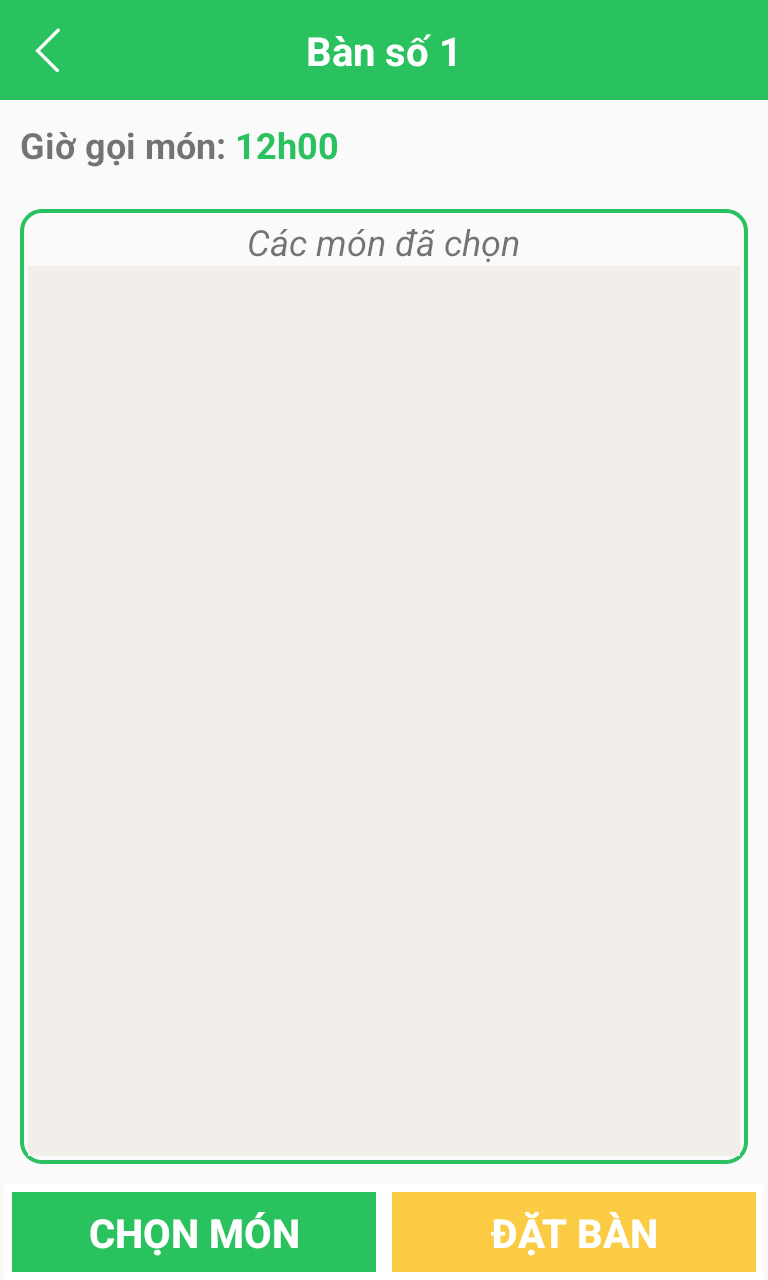
Repository: yenthanh132/Intelresment_AndroidClientApp
Layout: Intelresment/res/layout/activity_order.xml
These files come from the project's save history. The layout is drawn as it stood at one moment and after the next save; the edit follows.
It is drawn on a 768 x 1280 px phone screen (xhdpi) without system bars, with theme AppTheme; the app's code is not run. Lists and similar views that code fills are empty.

Above is the layout before, as saved 2014-12-27 07:09:26.

### Intelresment/res/layout/activity_order.xml
<?xml version="1.0" encoding="utf-8"?>
<RelativeLayout xmlns:android="http://schemas.android.com/apk/res/android"
    android:layout_width="match_parent"
    android:layout_height="match_parent" >

    <RelativeLayout
        android:id="@+id/header"
        android:layout_width="match_parent"
        android:layout_height="wrap_content"
        android:background="#2AC25F"
        android:padding="10dp" >

        <ImageButton
            android:id="@+id/btnBack"
            android:layout_width="30dp"
            android:layout_height="30dp"
            android:background="@drawable/transparent_button"
            android:scaleType="fitXY"
            android:src="@drawable/back" />

        <TextView
            android:id="@+id/tvTableName"
            android:layout_width="wrap_content"
            android:layout_height="wrap_content"
            android:layout_centerInParent="true"
            android:text="Bàn số 1"
            android:textColor="#fff"
            android:textSize="20sp"
            android:textStyle="bold" />
    </RelativeLayout>

    <RelativeLayout
        android:id="@+id/panelDetail"
        android:layout_width="match_parent"
        android:layout_height="wrap_content"
        android:layout_above="@+id/panelButton"
        android:layout_below="@+id/header"
        android:padding="10dp" >

        <TextView
            android:id="@+id/tvLabel1"
            android:layout_width="wrap_content"
            android:layout_height="wrap_content"
            android:text="Giờ gọi món: "
            android:textSize="18sp"
            android:textStyle="bold" />

        <TextView
            android:id="@+id/tvOrderDate"
            android:layout_width="wrap_content"
            android:layout_height="wrap_content"
            android:layout_toRightOf="@+id/tvLabel1"
            android:text="12h00"
            android:textColor="#2AC25F"
            android:textSize="18sp"
            android:textStyle="bold" />

        <RelativeLayout
            android:id="@+id/panelOrderedFood"
            android:layout_width="match_parent"
            android:layout_height="wrap_content"
            android:layout_below="@+id/tvOrderDate"
            android:layout_marginTop="20dp"
            android:background="@drawable/oval_rectangle"
            android:padding="4dp" >

            <TextView
                android:id="@+id/tvLabel2"
                android:layout_width="wrap_content"
                android:layout_height="wrap_content"
                android:layout_centerHorizontal="true"
                android:text="Các món đã chọn"
                android:textSize="18sp"
                android:textStyle="italic" />

            <GridView
                android:id="@+id/gvOrderedFood"
                android:layout_width="match_parent"
                android:layout_height="match_parent"
                android:layout_below="@+id/tvLabel2"
                android:background="#F2EEE9" >
            </GridView>
        </RelativeLayout>
    </RelativeLayout>

    <LinearLayout
        android:id="@+id/panelButton"
        android:layout_width="match_parent"
        android:layout_height="wrap_content"
        android:layout_alignParentBottom="true"
        android:paddingLeft="2dp"
        android:paddingRight="2dp"
        android:weightSum="2" >

        <Button
            android:id="@+id/btnChooseFood"
            android:layout_width="match_parent"
            android:layout_height="wrap_content"
            android:layout_weight="1"
            android:background="@drawable/green_button"
            android:padding="10dp"
            android:text="Chọn món"
            android:textColor="#fff"
            android:textSize="20sp"
            android:textStyle="bold" />

        <Button
            android:id="@+id/btnOrder"
            android:layout_width="match_parent"
            android:layout_height="wrap_content"
            android:layout_weight="1"
            android:background="@drawable/orange_button"
            android:padding="10dp"
            android:text="Đặt bàn"
            android:textColor="#fff"
            android:textSize="20sp"
            android:textStyle="bold" />
    </LinearLayout>

</RelativeLayout>

### Intelresment/res/drawable/transparent_button.xml
<?xml version="1.0" encoding="utf-8"?>
<selector xmlns:android="http://schemas.android.com/apk/res/android">

    <item android:state_pressed="true"><shape>
            <solid android:color="#0E9174" />
        </shape></item>
    <item><shape>
            <solid android:color="#00000000" />
        </shape></item>

</selector>

### Intelresment/res/drawable/oval_rectangle.xml
<?xml version="1.0" encoding="utf-8"?>
<shape xmlns:android="http://schemas.android.com/apk/res/android" >

    <corners android:radius="10dp" />

    <stroke
        android:width="2dp"
        android:color="#2AC25F" />

</shape>

### Intelresment/res/drawable/green_button.xml
<?xml version="1.0" encoding="utf-8"?>
<selector xmlns:android="http://schemas.android.com/apk/res/android">

    <item android:state_pressed="true"><shape>
            <solid android:color="#0E9174" />

            <stroke android:width="4dp" android:color="#fff" />

            <padding android:bottom="10dp" android:left="10dp" android:right="10dp" android:top="10dp" />
        </shape></item>
    <item><shape>
            <solid android:color="#2AC25F" />

            <stroke android:width="4dp" android:color="#fff" />


        </shape></item>

</selector>

### Intelresment/res/drawable/orange_button.xml
<?xml version="1.0" encoding="utf-8"?>
<selector xmlns:android="http://schemas.android.com/apk/res/android">

    <item android:state_pressed="true"><shape>
            <solid android:color="#0E9174" />

            <stroke android:width="4dp" android:color="#fff" />

            <padding android:bottom="10dp" android:left="10dp" android:right="10dp" android:top="10dp" />
        </shape></item>
    <item><shape>
            <solid android:color="#FBCB43" />

            <stroke android:width="4dp" android:color="#fff" />


        </shape></item>

</selector>

Loaded but not shown: Intelresment/res/values/styles.xml (common file); Intelresment/res/values-v11/styles.xml (common file); Intelresment/res/values-v14/styles.xml (common file)

After the next save:
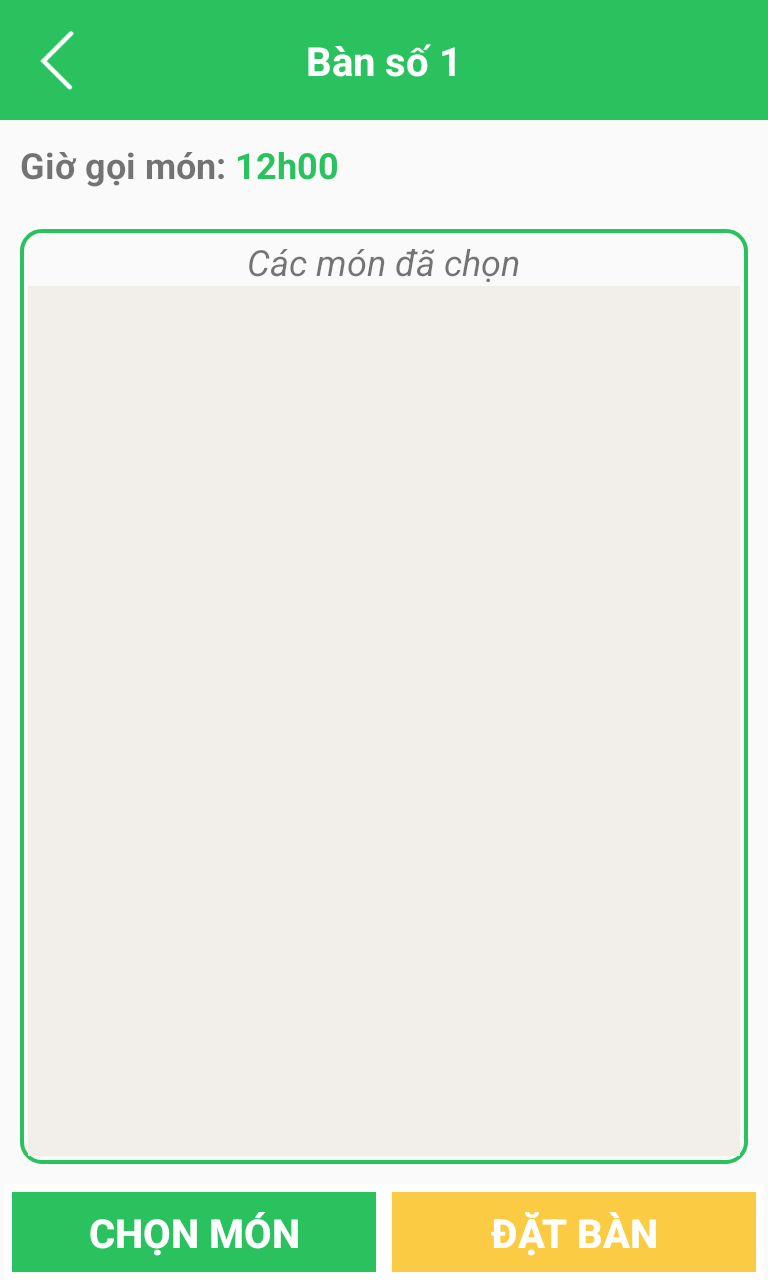
Saved 3 min 47 s later.
--- a/Intelresment/res/layout/activity_order.xml
+++ b/Intelresment/res/layout/activity_order.xml
@@ -12,8 +12,8 @@
 
         <ImageButton
             android:id="@+id/btnBack"
-            android:layout_width="30dp"
-            android:layout_height="30dp"
+            android:layout_width="40dp"
+            android:layout_height="40dp"
             android:background="@drawable/transparent_button"
             android:scaleType="fitXY"
             android:src="@drawable/back" />

After the save that followed:
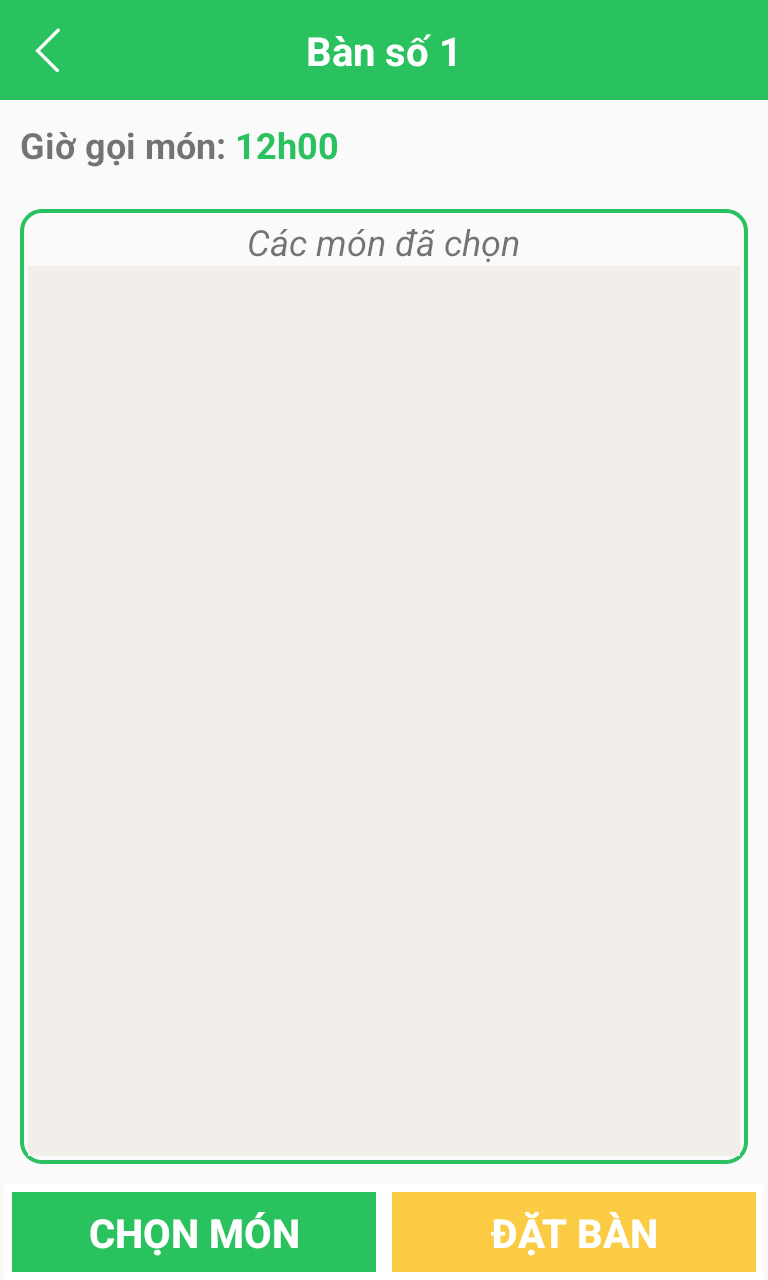
Saved 5 s later.
--- a/Intelresment/res/layout/activity_order.xml
+++ b/Intelresment/res/layout/activity_order.xml
@@ -12,8 +12,8 @@
 
         <ImageButton
             android:id="@+id/btnBack"
-            android:layout_width="40dp"
-            android:layout_height="40dp"
+            android:layout_width="30dp"
+            android:layout_height="30dp"
             android:background="@drawable/transparent_button"
             android:scaleType="fitXY"
             android:src="@drawable/back" />
